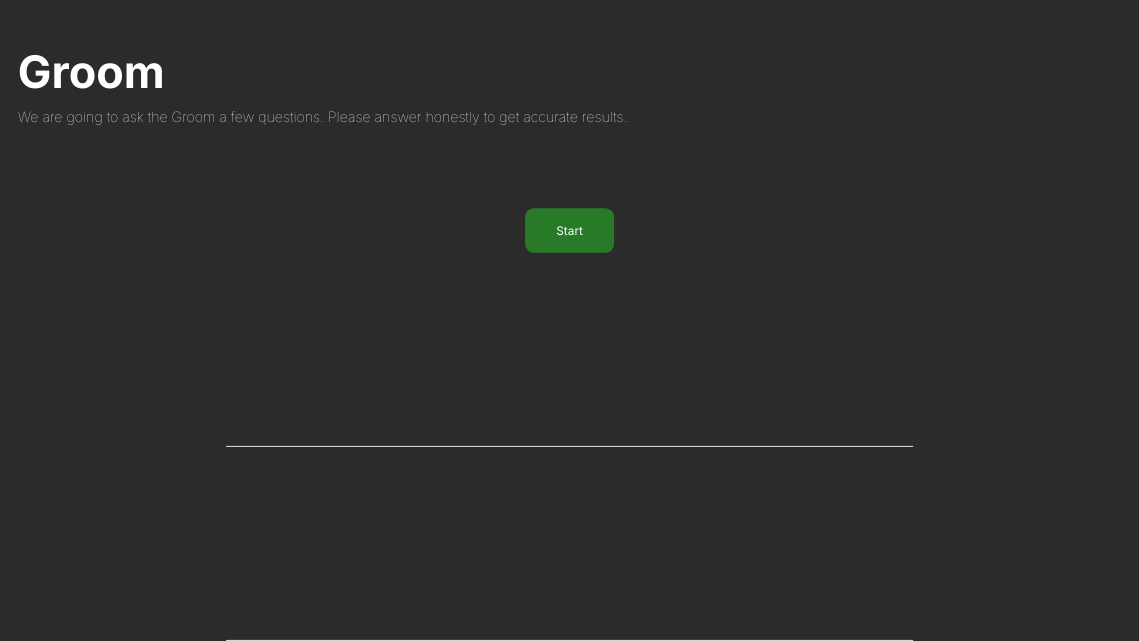
Repository: devhabeeblateef/tictactoe
Page: /
These files come from the project's save history. The page is drawn as it stood at one moment and after a run of saves; the edit follows.
The browser window is 1280 px wide. The pictures show the whole page, at 89% of full size.
The project was rebuilt for these pictures with package versions that can differ from the ones it lists, and the page was loaded fresh each time. Also part of the build but not shown: src/App.css.

Above is the page before, as saved 2022-06-17 01:56:21.

After the next 3 saves:
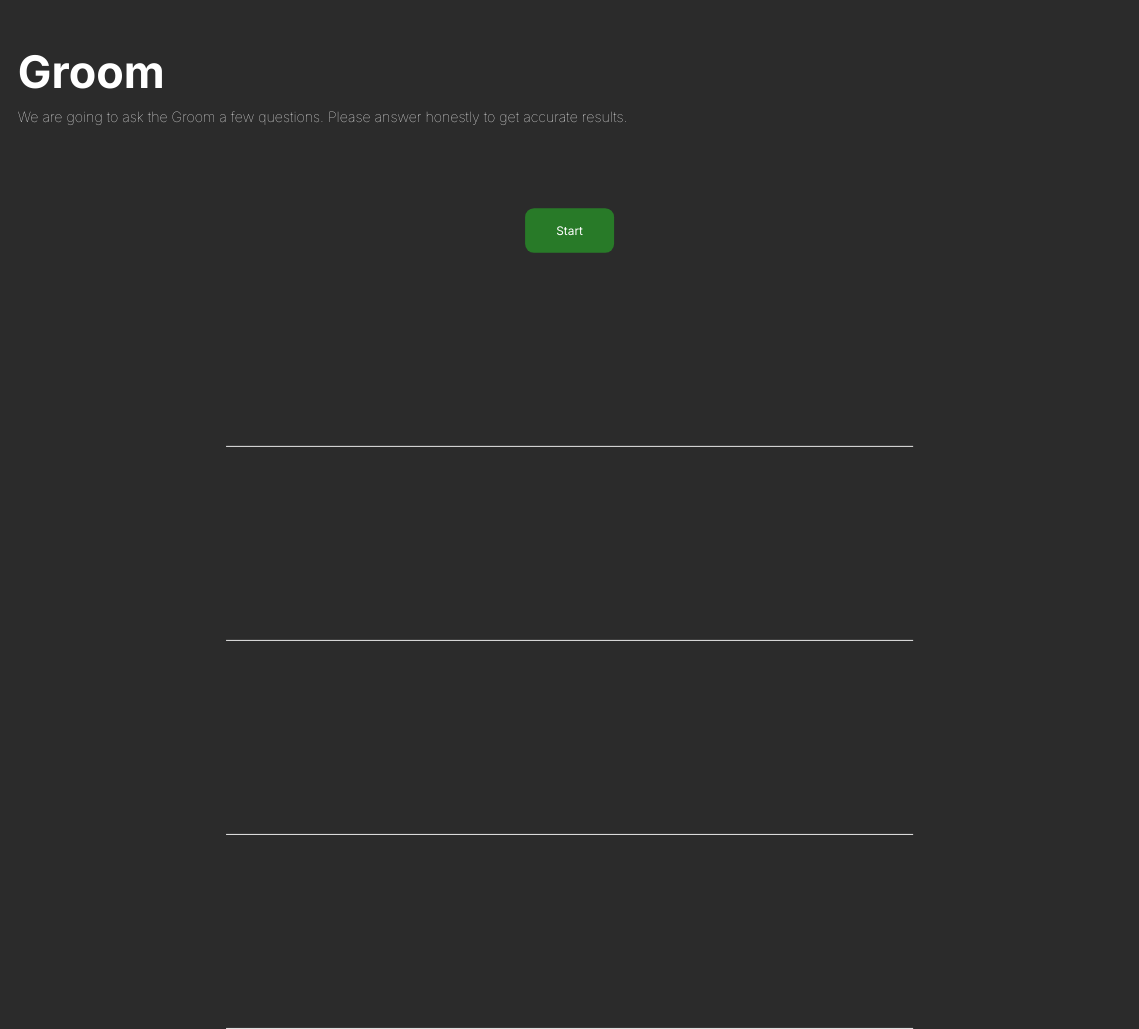
The 3 saves are shown as one change because 1 did not build or start and some came seconds apart.
The last was saved 12 s later.
--- a/src/Form.js
+++ b/src/Form.js
@@ -27,6 +27,9 @@ function Form() {
         {started ? <div>
             <Myform/>
             <Myform/>
+            <Myform/>
+            <Myform/>
+
         </div> : ""}
         </center>
     </div>
